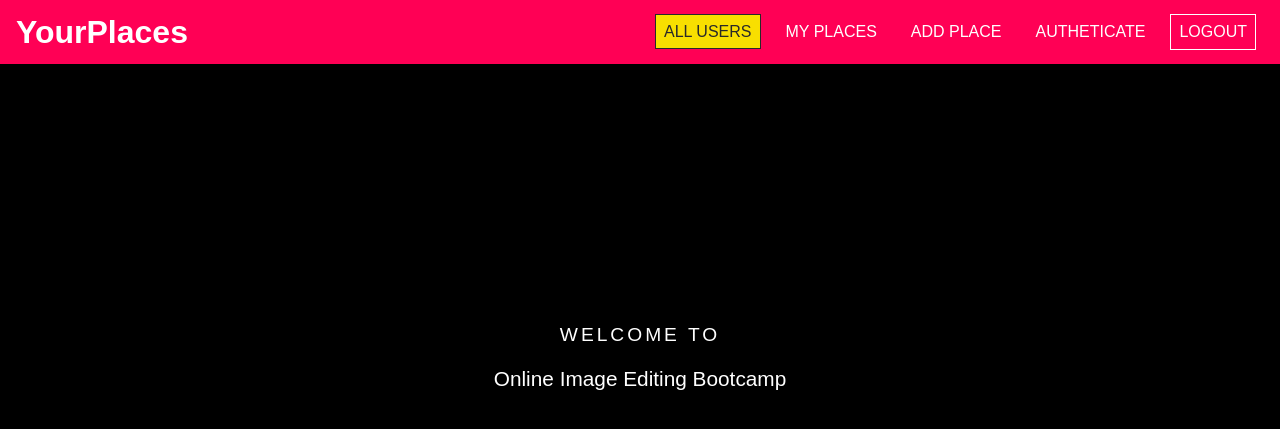
Repository: TanviSanyal/ImageEditingBootcamp
Page: /
An editor plug-in stored every save of this project. The page is shown before and after the next save, followed by the edit.
The browser window is 1280 px wide. The pictures show the whole page.
The project was rebuilt for these pictures with package versions that can differ from the ones it lists, and the page was loaded fresh each time. Also part of the build but not shown: src/shared/components/navigation/SideDrawer.css, src/shared/components/UIElements/Backdrop.css, src/shared/components/UIElements/Backdrop.js.

Above is the page before, as saved 2020-09-26 22:57:10.

After the next save:
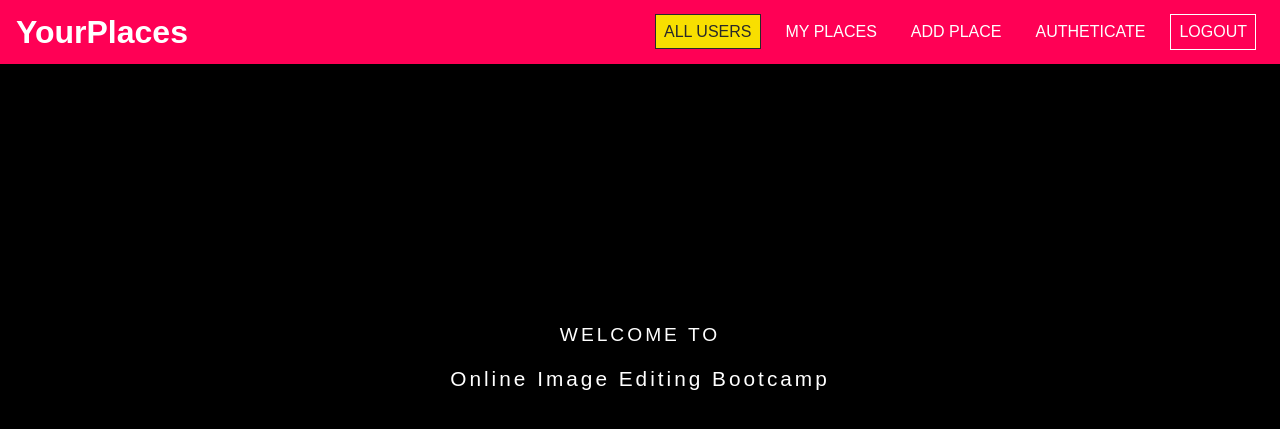
Saved 15 s later.
--- a/src/App.css
+++ b/src/App.css
@@ -19,4 +19,5 @@ span{
 p{
   color: white;
   font-size: 130%;
+  letter-spacing: 3PX;
 }
